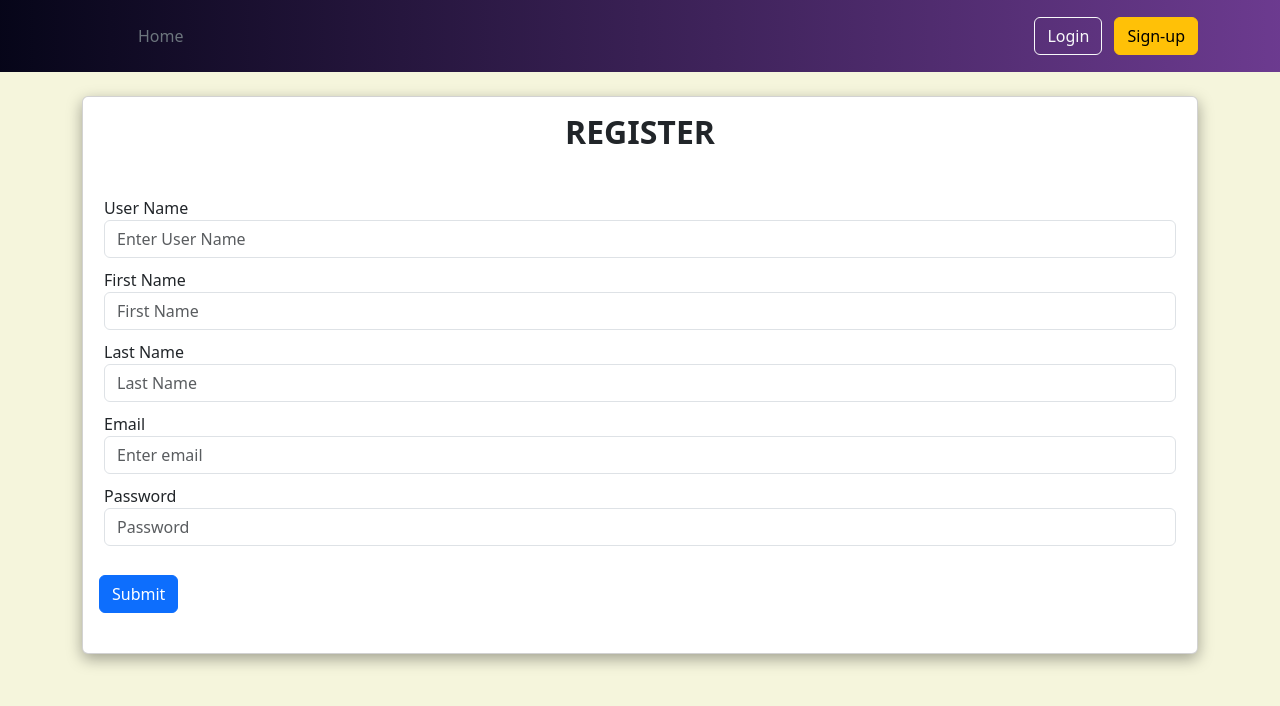
Repository: professorsourabh/php_membership
Page: index.html
An editor plug-in stored every save of this project. The page is shown before and after the next save, followed by the edit.
The browser window is 1280 px wide. The pictures show the whole page.

Above is the page before, as saved 2023-07-08 17:30:31.

After the next save:
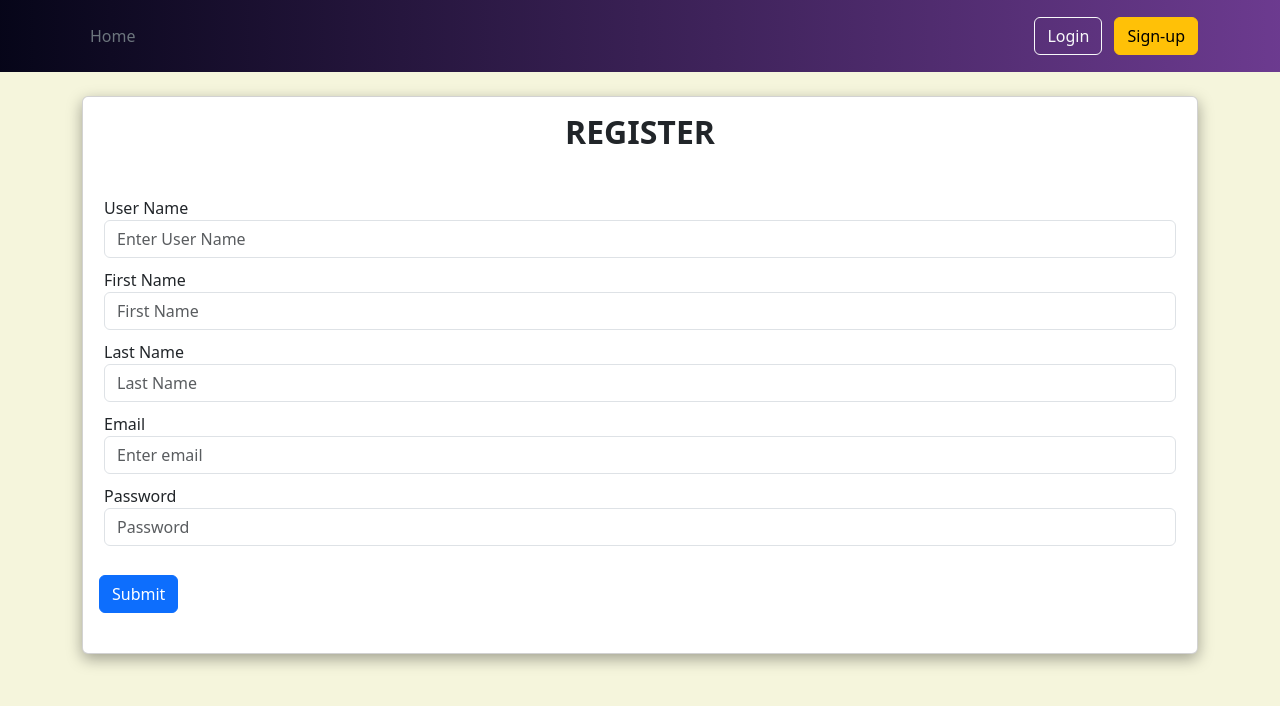
Saved 29 s later.
--- a/index.html
+++ b/index.html
@@ -10,9 +10,7 @@
     <header class="p-3 bg-dark text-white">
         <div class="container">
           <div class="d-flex flex-wrap align-items-center justify-content-center justify-content-lg-start">
-            <a href="/" class="d-flex align-items-center mb-2 mb-lg-0 text-white text-decoration-none">
-              <svg class="bi me-2" width="40" height="32" role="img" aria-label="Bootstrap"><use xlink:href="#bootstrap"/></svg>
-            </a>
+
 
             <ul class="nav col-12 col-lg-auto me-lg-auto mb-2 justify-content-center mb-md-0">
               <li><a href="#" class="nav-link px-2 text-secondary">Home</a></li>
